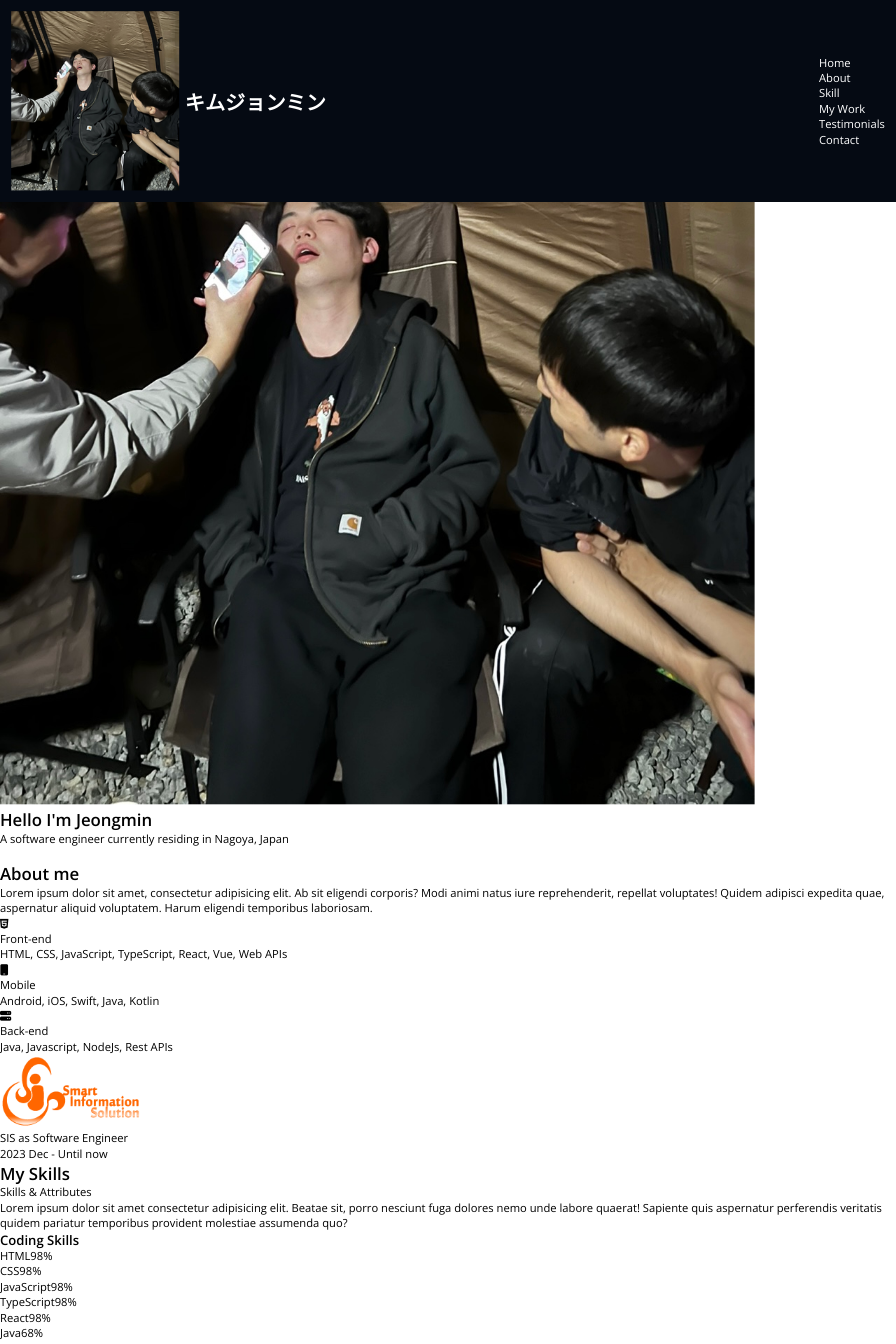
Repository: N1C0N1C0/Portfolio
Page: index.html
The author's editor kept a copy of each file at every save. The page is drawn from the files as they stood at one save, then again after the next save.
The browser window is 1280 px wide. The pictures show the part of the page from y = 0 to 1920 px (the page is 5865 px tall), at 70% of full size.
Some web libraries are served in a nearby version.

Above is the page before, as saved 2023-12-14 22:39:54.

### index.html
<!DOCTYPE html>
<html lang="jp">
<head>
    <meta charset="UTF-8">
    <meta name="viewport" content="width=device-width, initial-scale=1.0">
    <!-- SEO -->
    <title>My&#39s Portfolio</title>
    <meta
        name="description"
        content="Portfolio for job change"
    />
    <meta
        name="author" content="KimJeongmin"
    />
    <link rel="shortcut icon" href="images/favicon.ico" type="image/x-icon">
    <!-- OG(OPEN Graph Data) -->
    <meta property="og:title" content="Portfolio"/>
    <meta property="og:type" content="website"/>
    <meta property="og:url" content="URL generated after deployment"/>
    <meta property="og:image" content="Image URL created after deployment"/>
    <!-- Google Fonts -->
    <link rel="preconnect" href="https://fonts.googleapis.com">
    <link rel="preconnect" href="https://fonts.gstatic.com" crossorigin>
    <link href="https://fonts.googleapis.com/css2?family=Noto+Sans+JP:wght@300;400;500&family=Open+Sans:wght@400;600&display=swap" rel="stylesheet">
    <!-- Font Awesome -->
    <script src="https://kit.fontawesome.com/04742e9fab.js" crossorigin="anonymous"></script>
    <!-- CSS -->
    <link rel="stylesheet" href="css/style.css">
    <!-- Javascript -->
    <script src="src/main.js" defer></script>
</head>
<body>
    <!-- Header -->
    <header class="header">
        <div class="header__logo">
            <img class="header__logo__imgage" src="images/favicon.ico" alt="logo" />
            <h1 class="header__logo__title"><a href="#">キムジョンミン</a></h1>
        </div>
        <nav>
            <ul>
                <li><a href="#home">Home</a></li>
                <li><a href="#about">About</a></li>
                <li><a href="#skills">Skill</a></li>
                <li><a href="#work">My Work</a></li>
                <li><a href="#testimonials">Testimonials</a></li>
                <li><a href="#contact">Contact</a></li>
            </ul>
        </nav>
    </header>
    <!-- Main -->
    <main>
        <!-- Home -->
        <section id="home">
            <img src="images/profile.JPG" alt="profile">
            <h2>Hello I&#39;m Jeongmin</h2>
            <p>A software engineer currently residing in Nagoya, Japan</p>
            <a href="#contact">Contact Me</a>
        </section>
        <!-- About -->
        <section id="about">
            <h2>About me</h2>
            <p>
                Lorem ipsum dolor sit amet, consectetur adipisicing elit. Ab sit eligendi corporis? Modi animi natus iure reprehenderit, repellat voluptates! Quidem adipisci expedita quae, aspernatur aliquid voluptatem. Harum eligendi temporibus laboriosam.
            </p>
            <ul>
                <li>
                    <i class="fa-brands fa-html5"></i>
                    <p>Front-end</p>
                    <p>HTML, CSS, JavaScript, TypeScript, React, Vue, Web APIs</p>
                </li>
                <li>
                    <i class="fa-solid fa-mobile"></i>
                    <p>Mobile</p>
                    <p>Android, iOS, Swift, Java, Kotlin</p>
                </li>
                <li>
                    <i class="fa-solid fa-server"></i>
                    <p>Back-end</p>
                    <p>Java, Javascript, NodeJs, Rest APIs</p>
                </li>
            </ul>
            <ul>
                <li>
                    <img src="images/sis_image.png" alt="株式 SIS">
                    <div>
                        <p>SIS as Software Engineer</p>
                        <p>2023 Dec - Until now</p>
                    </div>
                </li>
            </ul>
        </section>
        <!-- Skills -->
        <section id="skills">
            <h2>My Skills</h2>
            <p>Skills & Attributes</p>
            <p>
                Lorem ipsum dolor sit amet consectetur adipisicing elit. Beatae sit, porro nesciunt fuga dolores nemo unde labore quaerat! Sapiente quis aspernatur perferendis veritatis quidem     pariatur temporibus provident molestiae assumenda quo?
            </p>
            <div>
                <section>
                    <h3>Coding Skills</h3>
                    <ul>
                        <li>
                            <div><span>HTML</span><span>98%</span></div>
                            <div><div style="width: 98%"></div></div>
                        </li>
                        <li>
                            <div><span>CSS</span><span>98%</span></div>
                            <div><div style="width: 98%"></div></div>
                        </li>
                        <li>
                            <div><span>JavaScript</span><span>98%</span></div>
                            <div><div style="width: 98%"></div></div>
                        </li>
                        <li>
                            <div><span>TypeScript</span><span>98%</span></div>
                            <div><div style="width: 98%"></div></div>
                        </li>
                        <li>
                            <div><span>React</span><span>98%</span></div>
                            <div><div style="width: 98%"></div></div>
                        </li>
                        <li>
                            <div><span>Java</span><span>68%</span></div>
                            <div><div style="width: 68%"></div></div>
                        </li>
                    </ul>
                </section>
                <section>
                    <h3>Tools</h3>
                    <ul>
                        <li>Visual Studio Code</li>
                        <li>IntelliJ</li>
                        <li>Eclipse</li>
                        <li>SpringToolSuite4</li>
                    </ul>
                </section>
                <section>
                    <h3>Etc</h3>
                    <ul>
                        <li>Git</li>
                        <li>Post Man</li>
                        <li>Math</li>
                    </ul>
                </section>
            </div>
        </section>
        <!-- Work -->
        <section id="work">
            <h2>My work</h2>
            <p>Projects</p>
            <ul>
                <li><button>All <span>8</span></button></li>
                <li><button>Front-end <span>3</span></button></li>
                <li><button>back-end <span>3</span></button></li>
                <li><button>Mobile <span>2</span></button></li>
            </ul>
            <ul>
                <li><a href="#" target="_blank">
                    <img src="images/ncs_image.gif" alt="profile1">
                    <div>
                        <h3>Project #1</h3>
                        <p>Clone Coding with HTML, CSS</p>
                    </div>
                </a></li>
                <li><a href="#" target="_blank">
                    <img src="images/ncs_image.gif" alt="profile2">
                    <div>
                        <h3>Project #2</h3>
                        <p>Clone Coding with HTML, CSS</p>
                    </div>
                </a></li>
                <li><a href="#" target="_blank">
                    <img src="images/ncs_image.gif" alt="profile3">
                    <div>
                        <h3>Project #3</h3>
                        <p>Clone Coding with HTML, CSS</p>
                    </div>
                </a></li>
                <li><a href="#" target="_blank">
                    <img src="images/ncs_image.gif" alt="profile4">
                    <div>
                        <h3>Project #4</h3>
                        <p>Clone Coding with HTML, CSS</p>
                    </div>
                </a></li>
                <li><a href="#" target="_blank">
                    <img src="images/ncs_image.gif" alt="profile5">
                    <div>
                        <h3>Project #5</h3>
                        <p>Clone Coding with HTML, CSS</p>
                    </div>
                </a></li>
                <li><a href="#" target="_blank">
                    <img src="images/ncs_image.gif" alt="profile6">
                    <div>
                        <h3>Project #6</h3>
                        <p>Clone Coding with HTML, CSS</p>
                    </div>
                </a></li>
                <li><a href="#" target="_blank">
                    <img src="images/ncs_image.gif" alt="profile7">
                    <div>
                        <h3>Project #7</h3>
                        <p>Clone Coding with HTML, CSS</p>
                    </div>
                </a></li>
                <li><a href="#" target="_blank">
                    <img src="images/ncs_image.gif" alt="profile8">
                    <div>
                        <h3>Project #8</h3>
                        <p>Clone Coding with HTML, CSS</p>
                    </div>
                </a></li>
            </ul>
        </section>
        <!-- Testimonials -->
        <section id="testimonials">
            <h2>Testimonial</h2>
            <p>See what they say about me</p>
            <ul>
                <li>
                    <img src="images/favicon.ico" alt="">
                    <div>
                        <p>Lorem ipsum dolor sit amet, consectetur adipisicing elit. Nesciunt modi iusto veniam commodi reiciendis ullam optio, delectus cum pariatur ea magnam accusamus dolor sequi praesentium aliquid laudantium non quae eligendi.</p>
                        <p><a href="#">James Kim</a> / Google</p>
                    </div>
                </li>
                <li>
                    <img src="images/favicon.ico" alt="">
                    <div>
                        <p>Lorem ipsum dolor sit amet, consectetur adipisicing elit. Nesciunt modi iusto veniam commodi reiciendis ullam optio, delectus cum pariatur ea magnam accusamus dolor sequi praesentium aliquid laudantium non quae eligendi.</p>
                        <p><a href="#">James Kim</a> / Google</p>
                    </div>
                </li>
                <li>
                    <img src="images/favicon.ico" alt="">
                    <div>
                        <p>Lorem ipsum dolor sit amet, consectetur adipisicing elit. Nesciunt modi iusto veniam commodi reiciendis ullam optio, delectus cum pariatur ea magnam accusamus dolor sequi praesentium aliquid laudantium non quae eligendi.</p>
                        <p><a href="#">James Kim</a> / Google</p>
                    </div>
                </li>
            </ul>
        </section>
        <!-- Arrow up -->
        <aside>
            <a href="#home" title="back to top">
                <i class="fa-solid fa-arrow-up"></i>
            </a>
        </aside>
    </main>
    <!-- Footer -->
    <footer id="contact">
        <h2>Let&#39;s talk</h2>
        <p>dothd8775@gmail.com</p>
        <ul>
            <li>
                <a href="https//github.com/" target="_blank" title="my github link">
                    <i class="fa-brands fa-github"></i>
                </a>
            </li>
            <li>
                <a href="https//github.com/" target="_blank" title="my kinkedin link">
                    <i class="fa-brands fa-linkedin"></i>
                </a>
            </li>
        </ul>
        <p>©️kimujeongmin</p>
    </footer>
</body>
</html>

### css/style.css
/* Global */
:root {
    /* App Colors */
    --color-primary: var(--color-black);
    --color-primary-variant: var(--color-gray);
    --color-accent: var(--color-blue);
    --color-accent-variant: var(--color-orange);
    --color-text: var(--color-white);

    /* Colors */
    --color-white : #ffffff;
    --color-black : #050a13;
    --color-blue : #03e8f9;
    --color-orange : #fd6413;
    --color-gray : #1b1e26;
}

* {
    box-sizing: border-box;
}

body {
    font-family: 'Open Sans', sans-serif;
    margin: 0;
}

h1, h2, h3, p, ul {
    margin: 0;
}

ul {
    list-style: none;
    padding: 0;
}

a {
    text-decoration: none;
    color: var(--color-text);
}

button {
    background-color: transparent;
    outline: 0;
    border: 0;
}

button:focus {
    outline: 1px solid var(--color-accent);
}

/* Header */
.header {
    background-color: var(--color-black);
    position: fixed;
    top: 0;
    width: 100%;
    padding: 1rem;
    display: flex;
    justify-content: space-between;
    align-items: center;
}

.header__logo {
    display: flex;
    align-items: center;
    gap: 8px;
}

.header__logo__image {
    width: 36px;
    height: 36px;
}

.header__logo__title {
    font-size: 1.8rem;
}

Loaded but not shown: src/main.js (no copy from this time; the picture is the same without it)

After the next save:
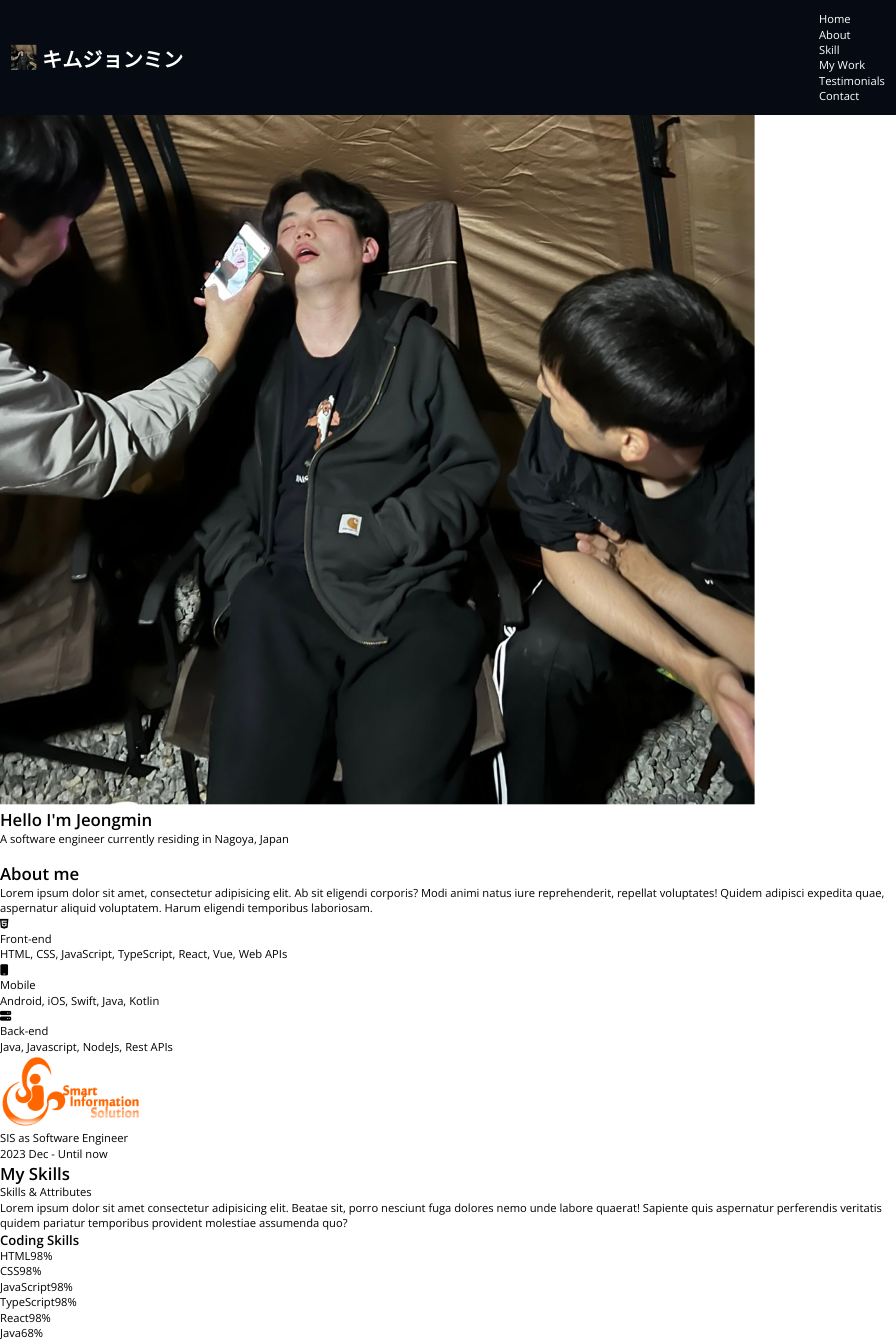
Saved 38 h 39 min later.
--- a/css/style.css
+++ b/css/style.css
@@ -66,7 +66,7 @@
     gap: 8px;
 }
 
-.header__logo__image {
+.header__logo__imgage {
     width: 36px;
     height: 36px;
 }

After the save that followed:
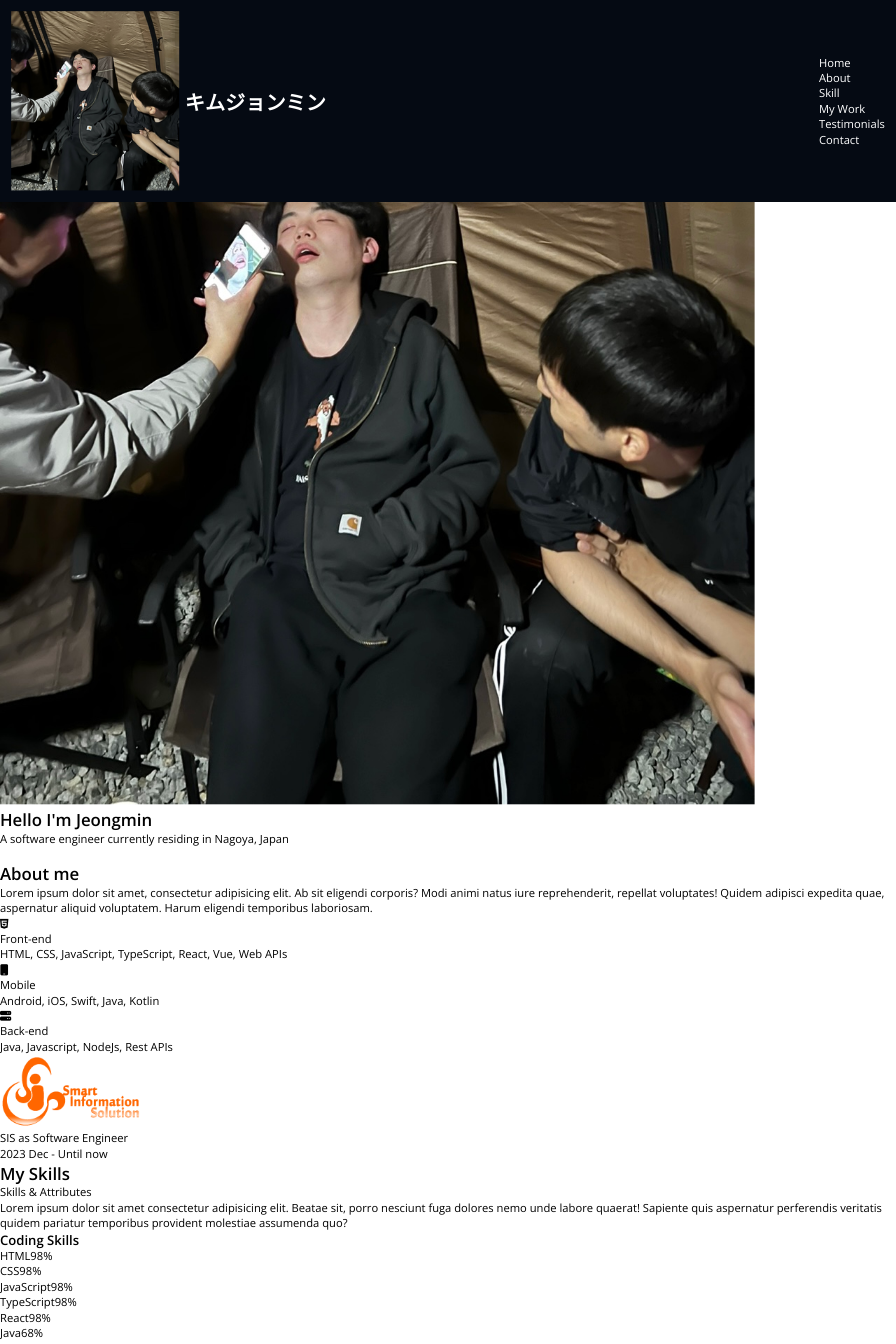
Saved 41 s later.
--- a/css/style.css
+++ b/css/style.css
@@ -66,7 +66,7 @@
     gap: 8px;
 }
 
-.header__logo__imgage {
+.header__logo__img {
     width: 36px;
     height: 36px;
 }
